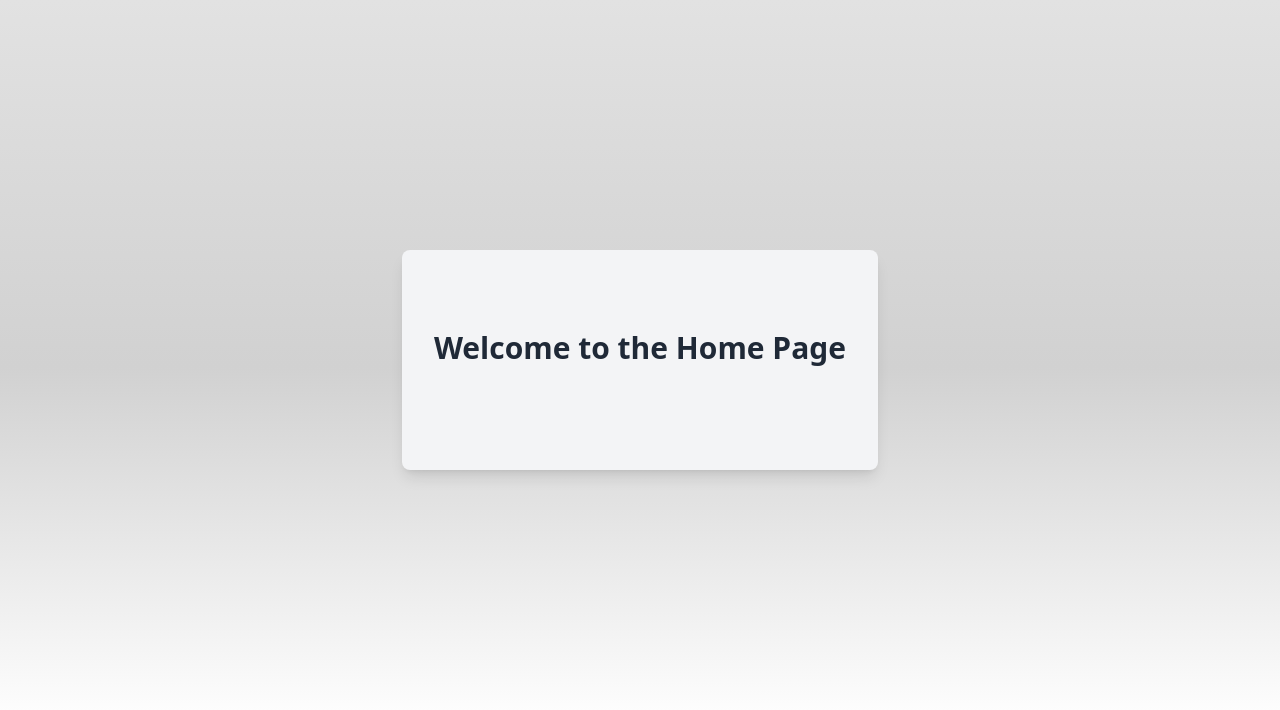
Repository: shaafsalman/product-Management-MERN
Page: /home (app in frontend/)
An editor plug-in stored every save of this project. The page is shown before and after the next save, followed by the edit.
The browser window is 1280 px wide. The pictures show the whole page.
The page's requests for data from a server got no answer. The project was rebuilt for these pictures with package versions that can differ from the ones it lists, and the page was loaded fresh each time. No one was signed in, and anything a server would have sent is missing. Also part of the build but not shown: frontend/vite.config.js, frontend/src/Cards/mesgCard.jsx, frontend/src/Pages/Login.jsx, frontend/src/Pages/SighnUp.jsx, frontend/src/Pages/NoPage.jsx.

Above is the page before, as saved 2024-05-14 01:20:18.

After the next save:
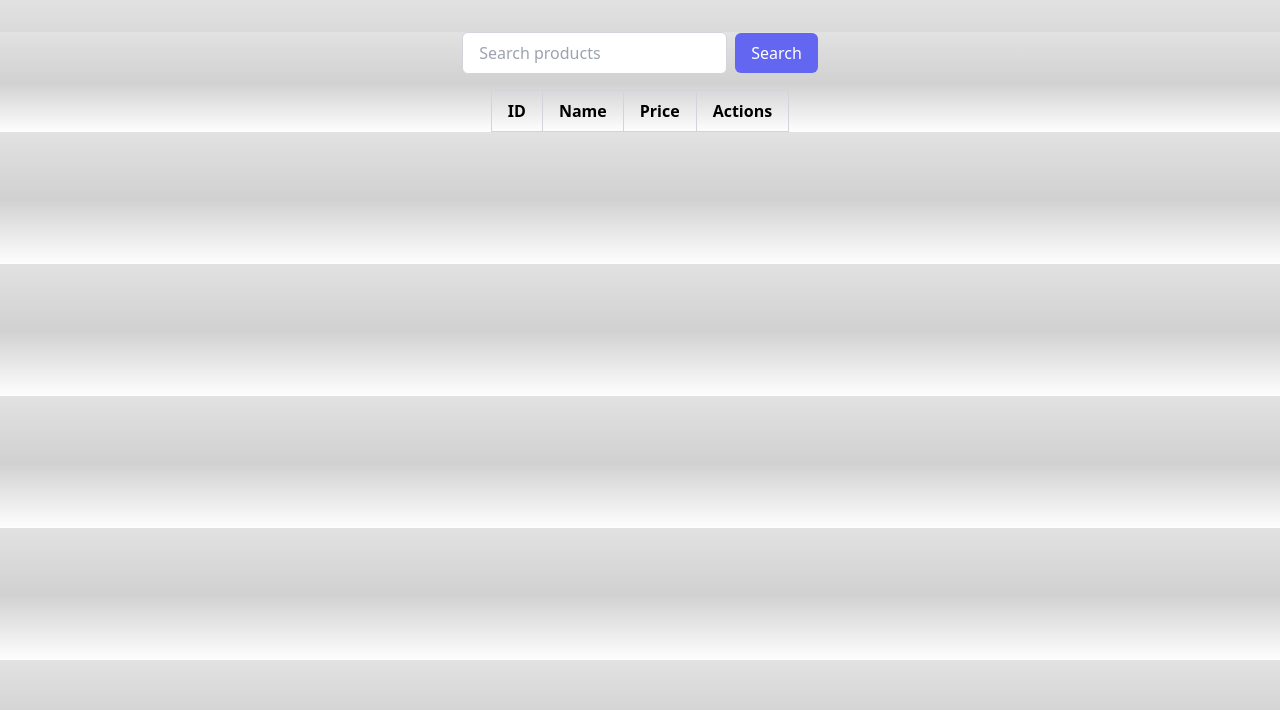
Saved 3 min 52 s later.
--- a/frontend/src/Pages/Home.jsx
+++ b/frontend/src/Pages/Home.jsx
@@ -1,16 +1,71 @@
-import React from 'react';
+import React, { useState, useEffect } from 'react';
+import axios from 'axios';
 
 const Home = () => {
+  const [products, setProducts] = useState([]);
+  const [searchTerm, setSearchTerm] = useState('');
+  const [searchResults, setSearchResults] = useState([]);
+
+  useEffect(() => {
+    fetchProducts();
+  }, []);
+
+  const fetchProducts = async () => {
+    try {
+      const response = await axios.get('/products'); // Assuming backend API is hosted at the same URL
+      setProducts(response.data || []);
+    } catch (error) {
+      console.error('Error fetching products:', error);
+    }
+  };
+
+  const handleSearch = () => {
+    const results = products.filter(product =>
+      product.name.toLowerCase().includes(searchTerm.toLowerCase())
+    );
+    setSearchResults(results);
+  };
+
   return (
-    <div className="flex justify-center items-center h-screen">
-      <div className="max-w-lg rounded-lg overflow-hidden shadow-lg bg-gray-100">
-        <div className="lg:px-8 lg:py-20 px-6 py-12">
-          <h2 className="text-3xl font-semibold text-gray-800 mb-6">Welcome to the Home Page</h2>
-          <p className="text-lg text-gray-700">
-
-          </p>
-        </div>
+    <div className="flex flex-col items-center mt-8">
+      <div className="mb-4">
+        <input
+          type="text"
+          placeholder="Search products"
+          value={searchTerm}
+          onChange={e => setSearchTerm(e.target.value)}
+          className="px-4 py-2 border border-gray-300 rounded-md focus:outline-none focus:border-indigo-500"
+        />
+        <button
+          onClick={handleSearch}
+          className="ml-2 px-4 py-2 bg-indigo-500 text-white rounded-md focus:outline-none focus:bg-indigo-600"
+        >
+          Search
+        </button>
       </div>
+      <table className="border-collapse border border-gray-300">
+        <thead>
+          <tr>
+            <th className="border border-gray-300 px-4 py-2">ID</th>
+            <th className="border border-gray-300 px-4 py-2">Name</th>
+            <th className="border border-gray-300 px-4 py-2">Price</th>
+            <th className="border border-gray-300 px-4 py-2">Actions</th>
+          </tr>
+        </thead>
+        <tbody>
+          {searchResults.map(product => (
+            <tr key={product.id}>
+              <td className="border border-gray-300 px-4 py-2">{product.id}</td>
+              <td className="border border-gray-300 px-4 py-2">{product.name}</td>
+              <td className="border border-gray-300 px-4 py-2">{product.price}</td>
+              <td className="border border-gray-300 px-4 py-2">
+                <button className="bg-blue-500 text-white px-2 py-1 rounded-md mr-2">Update</button>
+                <button className="bg-red-500 text-white px-2 py-1 rounded-md">Delete</button>
+              </td>
+            </tr>
+          ))}
+        </tbody>
+      </table>
     </div>
   );
 };
